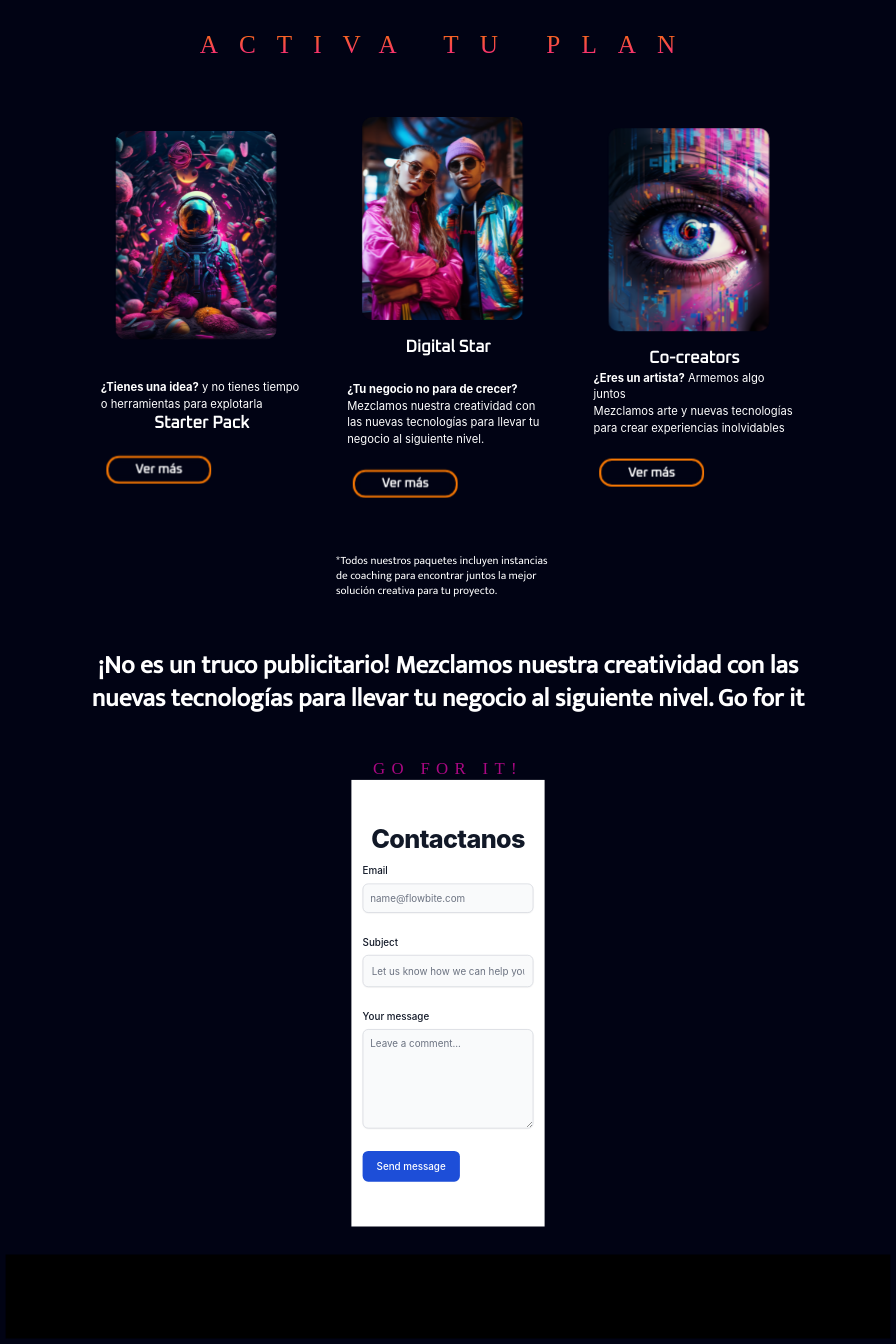
Repository: itsomosedison/tailwind-landing-page
Page: index.html
These files come from the project's save history. The page is drawn as it stood at one moment and after the next save; the edit follows.
The browser window is 1280 px wide. The pictures show the part of the page from y = 1273 to 3193 px (the page is 3193 px tall before and 3087 px after), at 70% of full size.
Some web fonts or font styles are not loaded; a fallback is used.

Above is the page before, as saved 2023-09-30 20:44:11.

### index.html
<!DOCTYPE html>
 <html lang="en" class="">
<head>
    <meta charset="UTF-8">
    <meta http-equiv="X-UA-Compatible" content="IE=edge">
    <meta name="viewport" content="width=device-width, initial-scale=1.0">
    <title>Fuxia Lab</title>
    <meta name="description" content="Creamos contenido para tu negocio. FOTOS - VIDEOS - PACKS DE IMAGENES. Tenemos packs de contenido hechos a tu medida.">
    <link href="./output.css" rel="stylesheet">
</head>
<body>
    <header>
        <nav class="fuxiaNavBar">
            <div class="flex flex-wrap justify-between items-center mx-auto max-w-screen-xl">
                <a href="https://fuxialab.com" class="flex items-center">
                    <img src="recursos/LogoFuxiaHorizontal.png" class="logo mr-3 h-6 sm:h-9" alt="FuxiaLab Logo" />
                </a>
            </div>
        </nav>
    </header>

    <div class="hero containerFuxiaHero">
        <div class="containerFuxia flex-col" style="max-width:  1080px;align-items: center;">
            <h1 class="FuxiaH1">IA Believers</h1>

            <div class="flex-row" style="max-width: 400px;">
                <h2 class="FuxiaH2"> <b>¡No es un truco publicitario!</b> Mezclamos nuestra creatividad con las nuevas tecnologías para llevar tu negocio al siguiente nivel.</h2>
                <p class="FuxiaSpecialText">GO FOR IT!</p>
            </div>
            <div class="flex-row" style="text-align: center;width:70%">
                <p class="WhiteSpecialText" style="text-align: center;">SELECCIONA TU NIVEL</p>
            </div>
            <div class="flex-col">
                    <button class="FuxiaButton">Rookie</button>
                    <button class="FuxiaButton">Amateur</button>
                    <button class="FuxiaButton">Follower</button>
                    <button class="FuxiaButton">Believer</button>
            </div>
        </div>
    </div>

    <div class="containerFuxia flex-col" style="max-width:  1080px;align-items: center;margin-top: -32px;">
        <img src="recursos/sheepHero2.png" alt="Imagen de la oveja" style="width:1920px;" />
        <p class="WhiteSpecialText" style="text-align: center;">INSTA SHEEP</p>
        <p class="WhiteSpecialText" style="text-align: center;">ACA VA INSTAGRAM</p>
    </div>

    <div class="containerFuxia flex-col" style="max-width:  1080px;align-items: center;">
        <p class="GradienteSpecialText" style="text-align: center;">ACTIVA TU PLAN</p>
    </div>

    <div class="containerFuxiaCards flex-row">
                <div class="cardContainer">
                    <a href="https://api.whatsapp.com/send/?phone=5401138519899&text=Hola%21+vi+tu+anuncio+en+la+web+y+estoy+interesado+en+un+Starter+Pack" target="_blank" class="fuxiaCard">
                        <img class="cardImg" src="recursos/start.png" alt="Imagen de la oveja" />
                    </a>
                    <p class="mt-8"><b>¿Tienes una idea?</b> y no tienes tiempo o herramientas para explotarla</p>
                    <h1 class="cardH1">Starter Pack</h1>
                    <br>
                    <button class="gradientButton">Ver más</button>
                </div>

                <div class="cardContainer">
                    <a href="https://api.whatsapp.com/send/?phone=5401138519899&text=Hola%21+vi+tu+anuncio+en+la+web+y+estoy+interesado+en+ser+un+Digital+Star" target="_blank" class="fuxiaCard">
                        <img class="cardImg" src="recursos/star.png" alt="Imagen de la oveja" />

                    </a>
                    <h1 class="cardH1">Digital Star</h1>
                    <p class="mt-8"> <b>¿Tu negocio no para de crecer?</b> Mezclamos nuestra creatividad con las nuevas tecnologías para llevar tu negocio al siguiente nivel.</p>
                    <br>
                    <button class="gradientButton">Ver más</button>
                </div>


                <div class="cardContainer">
                    <a href="https://api.whatsapp.com/send/?phone=5401138519899&text=Hola%21+vi+tu+anuncio+en+la+web+y+estoy+interesado+en+co+crear+un+proyecto+jun" target="_blank" class="fuxiaCard">
                        <img class="cardImg" src="recursos/cocrea.png" alt="Imagen de la oveja" />
                    </a>
                    <h1 class="cardH1">Co-creators</h1>
                    <p class=""><b>¿Eres un artista?</b> Armemos algo juntos</p> Mezclamos arte y nuevas tecnologías para crear experiencias inolvidables</p>
                    <br>
                    <button class="gradientButton">Ver más</button>
                </div>
            </div>
            </div>
        </section>
    </div>

        <div class="containerFuxia flex-row" style="max-width:  1080px;align-items: center;">
                    <p class="FuxiaH2" style="font-size: 16px; width: 320px;">*Todos nuestros paquetes incluyen instancias de coaching para encontrar juntos la mejor solución creativa para tu proyecto.</p>
        </div>

        <div class="containerFuxia flex-row" style="max-width:  1080px;align-items: center;">

                <p class="quoteText">¡No es un truco publicitario! Mezclamos nuestra creatividad con las nuevas tecnologías para llevar tu negocio al siguiente nivel. Go for it</p>
                <p class="FuxiaSpecialText" style="margin-top:60px">GO FOR IT!</p>

                <section class="bg-white dark:bg-gray-900">
                    <div class="py-8 lg:py-16 px-4 mx-auto max-w-screen-md">
                        <h2 class="mb-4 text-4xl tracking-tight font-extrabold text-center text-gray-900 dark:text-white">Contactanos</h2>
                        <form action="#" class="space-y-8">
                            <div>
                                <label for="email" class="block mb-2 text-sm font-medium text-gray-900 dark:text-gray-300">Email</label>
                                <input type="email" id="email" class="shadow-sm bg-gray-50 border border-gray-300 text-gray-900 text-sm rounded-lg focus:ring-primary-500 focus:border-primary-500 block w-full p-2.5 dark:bg-gray-700 dark:border-gray-600 dark:placeholder-gray-400 dark:text-white dark:focus:ring-primary-500 dark:focus:border-primary-500 dark:shadow-sm-light" placeholder="name@flowbite.com" required>
                            </div>
                            <div>
                                <label for="subject" class="block mb-2 text-sm font-medium text-gray-900 dark:text-gray-300">Subject</label>
                                <input type="text" id="subject" class="block p-3 w-full text-sm text-gray-900 bg-gray-50 rounded-lg border border-gray-300 shadow-sm focus:ring-primary-500 focus:border-primary-500 dark:bg-gray-700 dark:border-gray-600 dark:placeholder-gray-400 dark:text-white dark:focus:ring-primary-500 dark:focus:border-primary-500 dark:shadow-sm-light" placeholder="Let us know how we can help you" required>
                            </div>
                            <div class="sm:col-span-2">
                                <label for="message" class="block mb-2 text-sm font-medium text-gray-900 dark:text-gray-400">Your message</label>
                                <textarea id="message" rows="6" class="block p-2.5 w-full text-sm text-gray-900 bg-gray-50 rounded-lg shadow-sm border border-gray-300 focus:ring-primary-500 focus:border-primary-500 dark:bg-gray-700 dark:border-gray-600 dark:placeholder-gray-400 dark:text-white dark:focus:ring-primary-500 dark:focus:border-primary-500" placeholder="Leave a comment..."></textarea>
                            </div>
                            <button type="submit" class="py-3 px-5 text-sm font-medium text-center text-white rounded-lg bg-primary-700 sm:w-fit hover:bg-primary-800 focus:ring-4 focus:outline-none focus:ring-primary-300 dark:bg-primary-600 dark:hover:bg-primary-700 dark:focus:ring-primary-800">Send message</button>
                        </form>
                    </div>
                  </section>

        </div>

   <div class="footerFuxia flex-row">

   </div>

</body>
</html>

Loaded but not shown: output.css (2759 lines, source omitted)

After the next save:
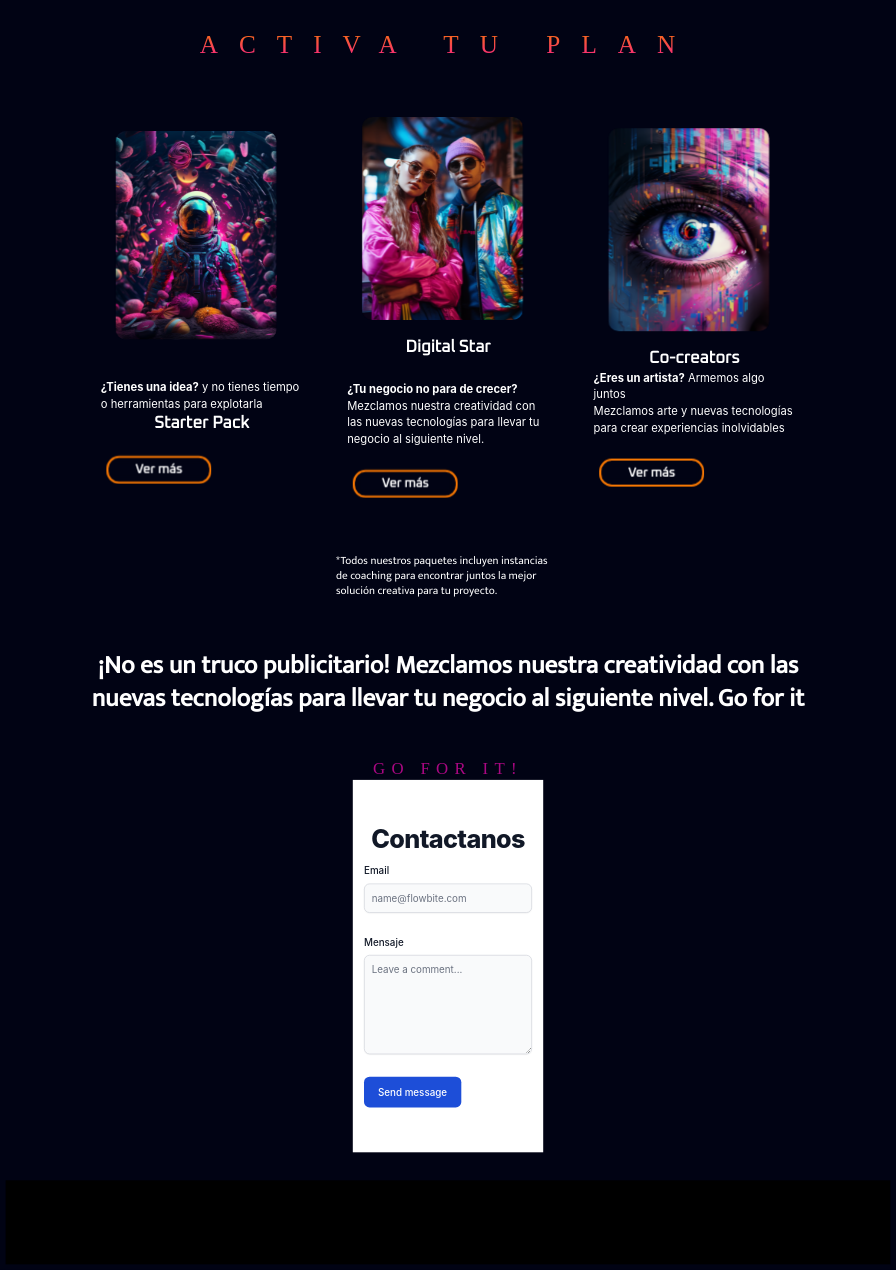
Saved 19 s later.
--- a/index.html
+++ b/index.html
@@ -103,12 +103,8 @@
                                 <label for="email" class="block mb-2 text-sm font-medium text-gray-900 dark:text-gray-300">Email</label>
                                 <input type="email" id="email" class="shadow-sm bg-gray-50 border border-gray-300 text-gray-900 text-sm rounded-lg focus:ring-primary-500 focus:border-primary-500 block w-full p-2.5 dark:bg-gray-700 dark:border-gray-600 dark:placeholder-gray-400 dark:text-white dark:focus:ring-primary-500 dark:focus:border-primary-500 dark:shadow-sm-light" placeholder="name@flowbite.com" required>
                             </div>
-                            <div>
-                                <label for="subject" class="block mb-2 text-sm font-medium text-gray-900 dark:text-gray-300">Subject</label>
-                                <input type="text" id="subject" class="block p-3 w-full text-sm text-gray-900 bg-gray-50 rounded-lg border border-gray-300 shadow-sm focus:ring-primary-500 focus:border-primary-500 dark:bg-gray-700 dark:border-gray-600 dark:placeholder-gray-400 dark:text-white dark:focus:ring-primary-500 dark:focus:border-primary-500 dark:shadow-sm-light" placeholder="Let us know how we can help you" required>
-                            </div>
                             <div class="sm:col-span-2">
-                                <label for="message" class="block mb-2 text-sm font-medium text-gray-900 dark:text-gray-400">Your message</label>
+                                <label for="message" class="block mb-2 text-sm font-medium text-gray-900 dark:text-gray-400">Mensaje</label>
                                 <textarea id="message" rows="6" class="block p-2.5 w-full text-sm text-gray-900 bg-gray-50 rounded-lg shadow-sm border border-gray-300 focus:ring-primary-500 focus:border-primary-500 dark:bg-gray-700 dark:border-gray-600 dark:placeholder-gray-400 dark:text-white dark:focus:ring-primary-500 dark:focus:border-primary-500" placeholder="Leave a comment..."></textarea>
                             </div>
                             <button type="submit" class="py-3 px-5 text-sm font-medium text-center text-white rounded-lg bg-primary-700 sm:w-fit hover:bg-primary-800 focus:ring-4 focus:outline-none focus:ring-primary-300 dark:bg-primary-600 dark:hover:bg-primary-700 dark:focus:ring-primary-800">Send message</button>
